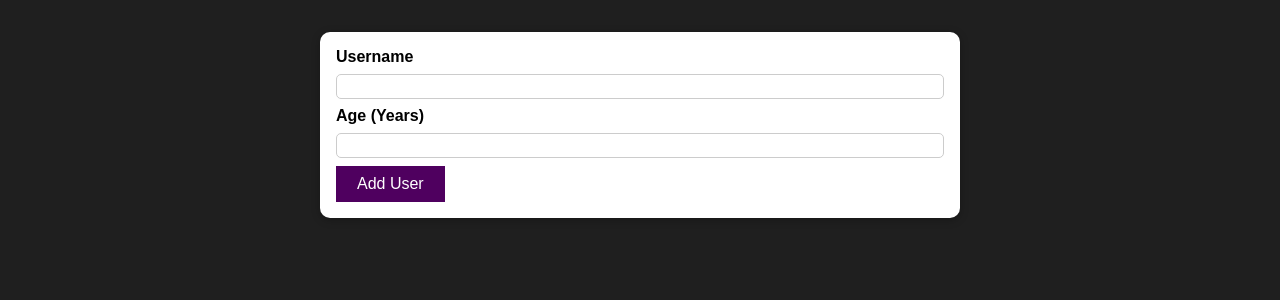
Repository: Samkiroko/react_project_2
Page: /
These files come from the project's save history. The page is drawn as it stood at one moment and after the next save; the edit follows.
The browser window is 1280 px wide. The pictures show the whole page.
The project was rebuilt for these pictures with package versions that can differ from the ones it lists, and the page was loaded fresh each time.

Above is the page before, as saved 2021-06-22 16:45:42.

After the next save:
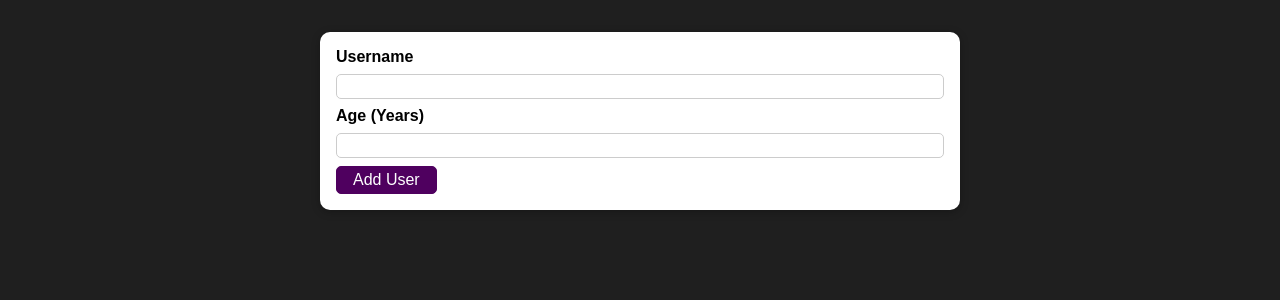
Saved 34 s later.
--- a/src/components/UI/Button.module.css
+++ b/src/components/UI/Button.module.css
@@ -1,10 +1,11 @@
 .button {
     font: inherit;
-    border: 5px solid #4f005f;
+    border: 1px solid #4f005f;
     background: #4f005f;
     color: white;
     padding: 0.25rem 1rem;
     cursor: pointer;
+    border-radius: 5px;
 }
 
 .button:hover,
